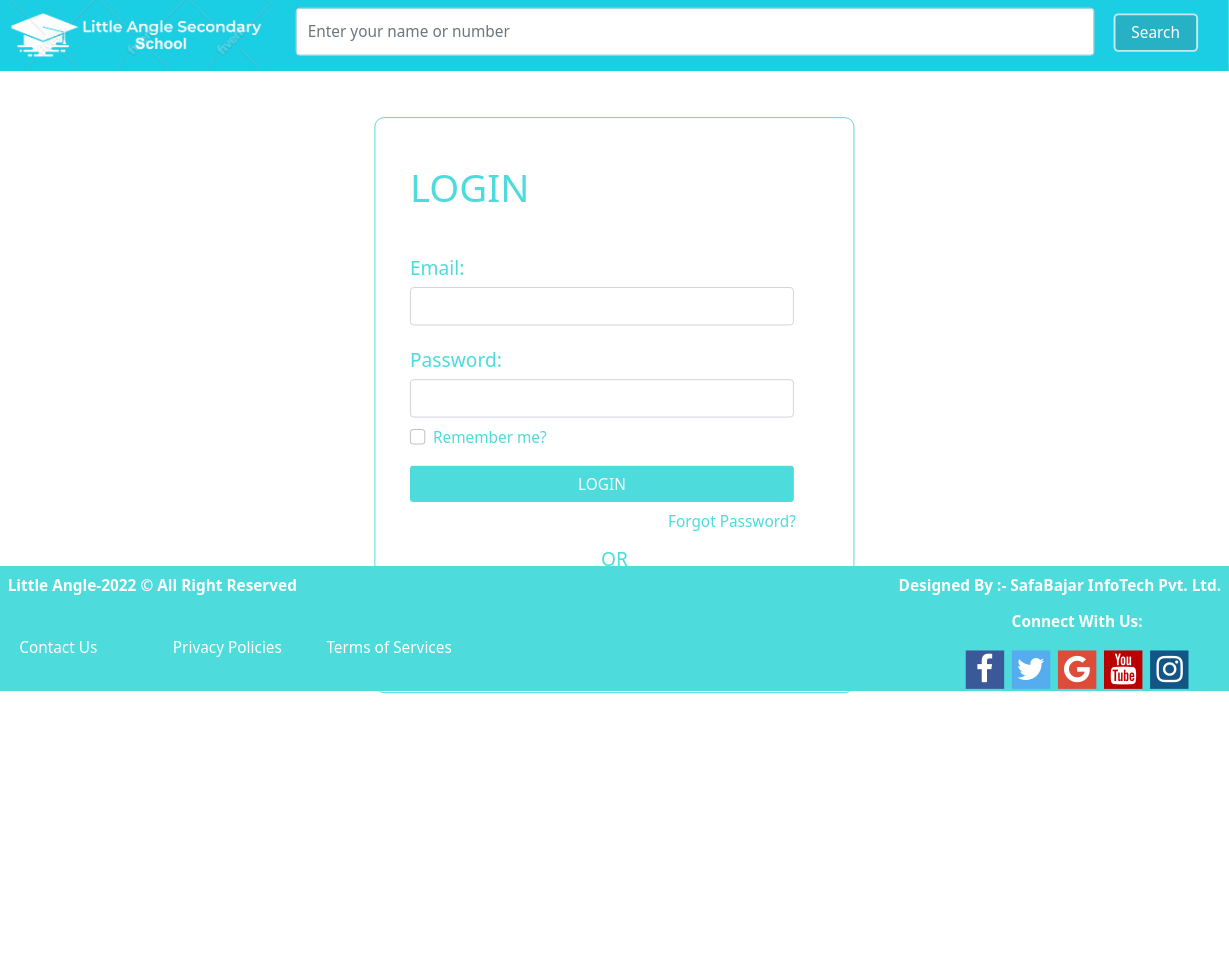
Repository: Sjuicyy/School-Project
Page: login.html
These files come from the project's save history. The page is drawn as it stood at one moment and after the next save; the edit follows.
The browser window is 1280 px wide. The pictures show the whole page, at 96% of full size.

Above is the page before, as saved 2022-09-17 13:35:40.

After the next save:
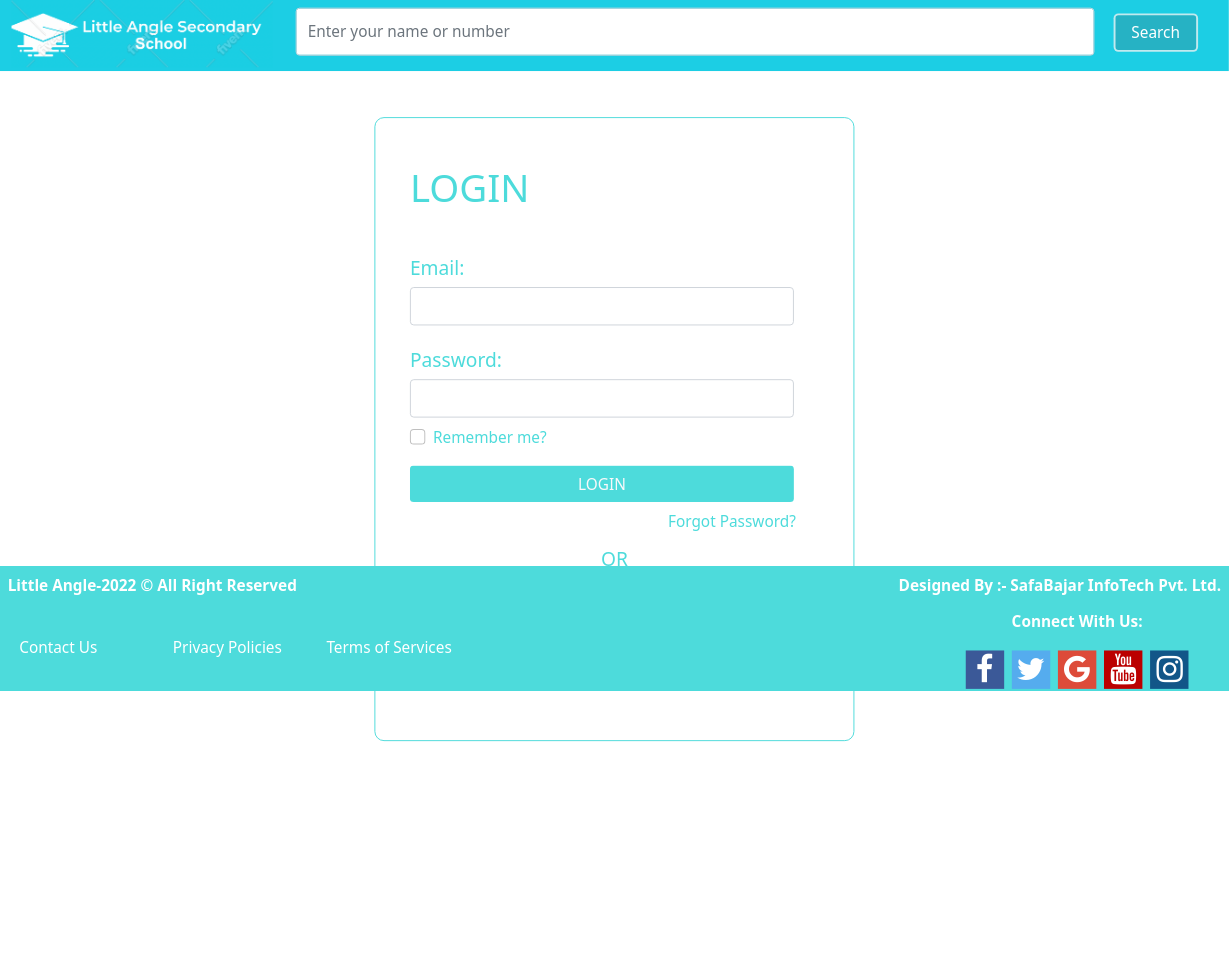
Saved 13 s later.
--- a/login.html
+++ b/login.html
@@ -167,7 +167,7 @@
     <!-- login body  -->
 
 
-    <div class="container mt-5 bd" style="width: 500px;height:600px;border-radius:10px">
+    <div class="container mt-5 bd" style="width: 500px;height:650px;border-radius:10px">
 
         <div class="row  m-4 mt-5 h1 color">LOGIN</div>
         <div class="row mx-4 mt-5 h5 color">Email:</div>
